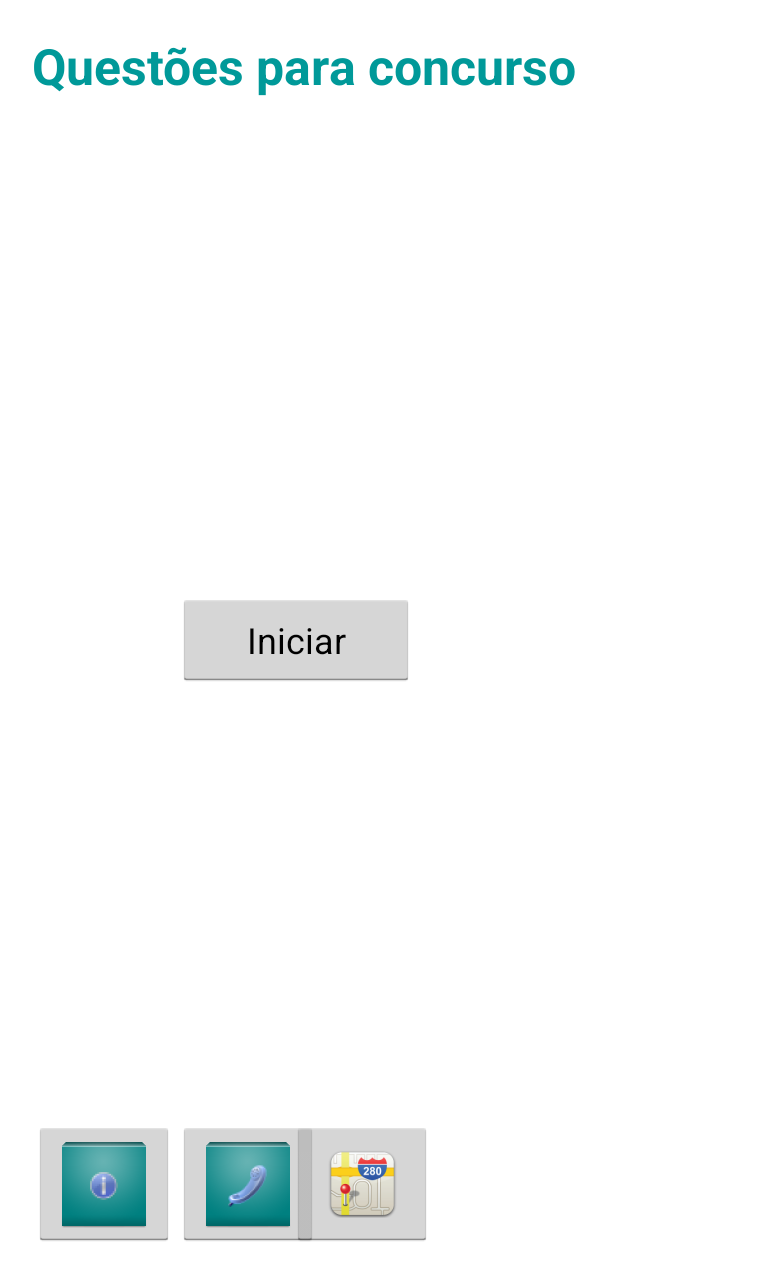
Repository: lmqs/ProjetoAndroid
Layout: TopicosProjeto/res/layout/activity_principal.xml
An editor plug-in stored every save of this project. The layout is shown before and after the next save, followed by the edit.
It is drawn on a 768 x 1280 px phone screen (xhdpi) without system bars, with theme AppTheme; the app's code is not run.

Above is the layout before, as saved 2014-04-27 03:10:49.

After the next save:
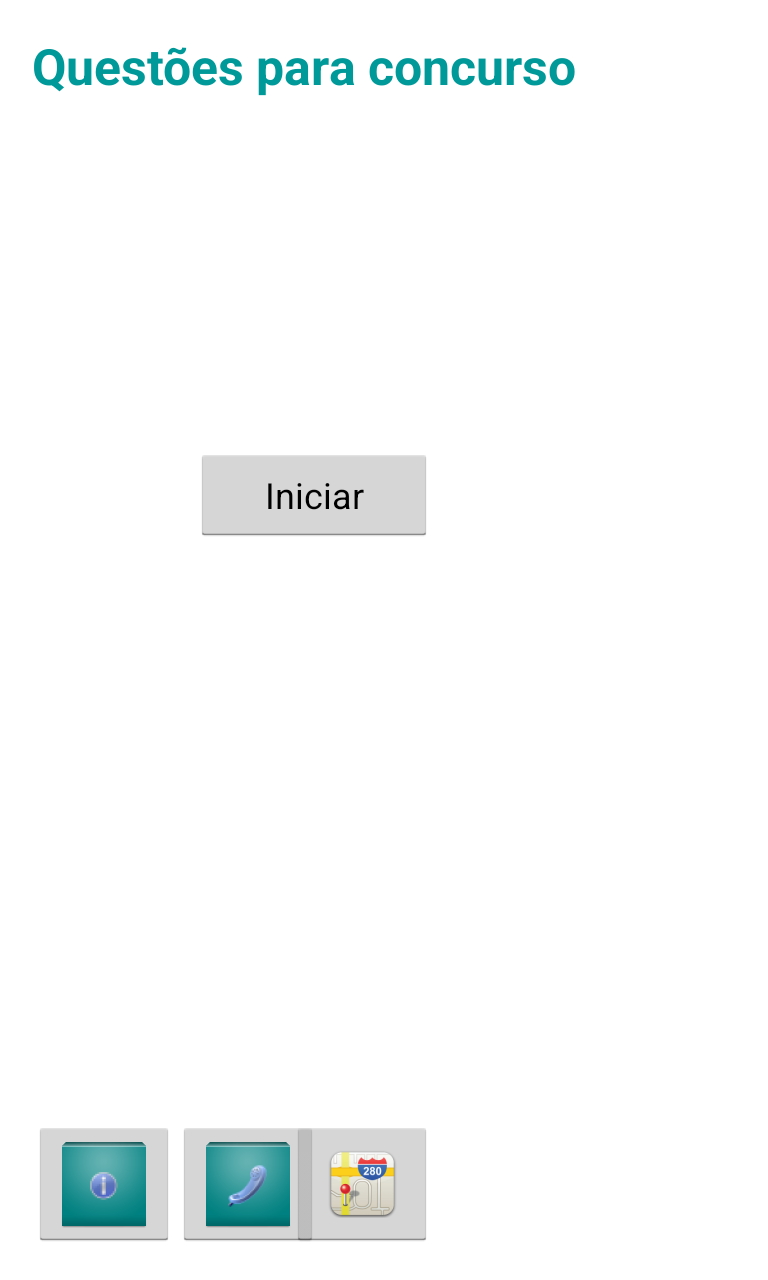
Saved 39 s later.
--- a/TopicosProjeto/res/layout/activity_principal.xml
+++ b/TopicosProjeto/res/layout/activity_principal.xml
@@ -68,8 +68,9 @@
         android:id="@+id/button1"
         android:layout_width="120dp"
         android:layout_height="wrap_content"
-        android:layout_centerVertical="true"
-        android:layout_toRightOf="@+id/imageButton1"
+        android:layout_alignRight="@+id/imageButton2"
+        android:layout_below="@+id/linearLayout2"
+        android:layout_marginTop="16dp"
         android:gravity="center_vertical|center_horizontal|center"
         android:text="@string/btnInciar" />
 
